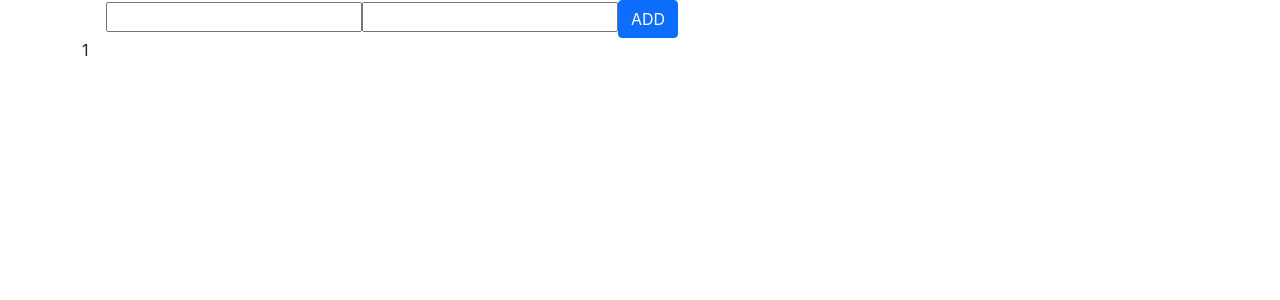
Repository: tsydikov/phone_book
Page: /
An editor plug-in stored every save of this project. The page is shown before and after a run of saves, followed by the edit.
The browser window is 1280 px wide. The pictures show the whole page.
The project was rebuilt for these pictures with package versions that can differ from the ones it lists, and the page was loaded fresh each time. Also part of the build but not shown: src/App.css.

Above is the page before, as saved 2021-10-07 19:07:49.

### public/index.html
<!DOCTYPE html>
<html lang="en">
  <head>
    <meta charset="utf-8" />
    <meta name="viewport" content="width=device-width, initial-scale=1" />
    <meta name="theme-color" content="#000000" />
    <link
      rel="stylesheet"
      href="https://cdn.jsdelivr.net/npm/bootstrap@5.1.1/dist/css/bootstrap.min.css"
      integrity="sha384-F3w7mX95PdgyTmZZMECAngseQB83DfGTowi0iMjiWaeVhAn4FJkqJByhZMI3AhiU"
      crossorigin="anonymous"
    />
    <title>Briz test</title>
  </head>
  <body>
    <noscript>You need to enable JavaScript to run this app.</noscript>
    <div id="root"></div>
  </body>
</html>

### src/index.js
import React from "react";
import ReactDOM from "react-dom";
import "./index.css";
import App from "./App";
import { createStore } from "redux";
import { Provider } from "react-redux";

const defaultState = {
  phoneBook: [
    { id: 1, name: "Max", phoneNamber: "063738233" },
    { id: 2, name: "Max", phoneNamber: "063738233" },
    { id: 3, name: "Max", phoneNamber: "063738233" },
  ],
};

const reducer = (state = defaultState, action) => {
  switch (action.type) {
    case "CREATE":
      return { ...state, state: state.phoneBook.push(action.payload) };
    case "DELETE":
      return {
        ...state,
        state: state.phoneBook.filter((phone) => phone.id !== action.payload && phone),
      };
    case "UPDATE":
      return state;
    default:
      return state;
  }
};

const store = createStore(reducer);

ReactDOM.render(
  <Provider store={store}>
    <App />
  </Provider>,
  document.getElementById("root")
);

### src/App.js
import React from "react";
import { Button, Col, Container, Row } from "react-bootstrap";
import { useDispatch, useSelector } from "react-redux";
import "./App.css";
import Form from "./components/Form";

function App() {
  const disatch = useDispatch();
  const phoneBook = useSelector((state) => state.phoneBook);
  console.log(phoneBook);
  return (
    <Container>
      <Row>
        <Col>
          <Form />
        </Col>
      </Row>
      <Row>
        <Col>
        1
        </Col>
      </Row>
    </Container>
  );
}

export default App;

### src/components/Form.jsx
import React from "react";
import { Button, Container } from "react-bootstrap";

const Form = () => {
  return (
    <Container>
      <input />
      <input />
      <Button>ADD</Button>
    </Container>
  );
};

export default Form;

### src/components/PhoneItem.jsx
import React from "react";
import { Col, Row } from "react-bootstrap";

const PhoneItem = ({phone}) => {
  return (
    <Container fluid="md">
      <Row>
        <Col>{phone.name}</Col>
        <Col>1 of 1</Col>
      </Row>
    </Container>
  );
};

export default PhoneItem;

### src/components/PhoneList.jsx
import React from 'react';
import { useSelector } from 'react-redux';
import PhoneItem from './PhoneItem';

const PhoneList = () => {
    const phoneBook = useSelector((state) => state.phoneBook);
    return (
        <div>
            {phoneBook.map(phone =>
                <PhoneItem key={phone.id} phone={phone} />
            )}

        </div>
    );
};

export default PhoneList;

Loaded but not shown: src/index.css (common file)

After the next 2 saves:
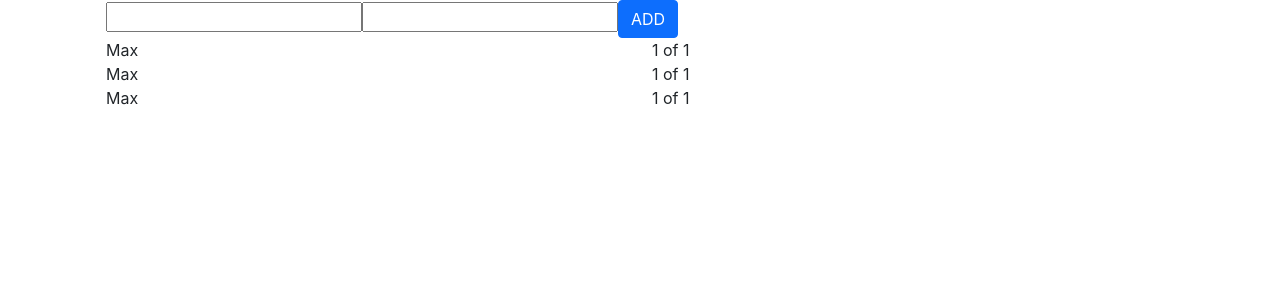
The 2 saves are shown as one change because 1 did not build or start.
The last was saved 35 s later.
--- a/src/App.js
+++ b/src/App.js
@@ -3,6 +3,7 @@ import { Button, Col, Container, Row } from "react-bootstrap";
 import { useDispatch, useSelector } from "react-redux";
 import "./App.css";
 import Form from "./components/Form";
+import PhoneList from "./components/PhoneList";
 
 function App() {
   const disatch = useDispatch();
@@ -17,7 +18,7 @@ function App() {
       </Row>
       <Row>
         <Col>
-        1
+          <PhoneList />
         </Col>
       </Row>
     </Container>
--- a/src/components/PhoneItem.jsx
+++ b/src/components/PhoneItem.jsx
@@ -1,5 +1,5 @@
 import React from "react";
-import { Col, Row } from "react-bootstrap";
+import { Col, Container, Row } from "react-bootstrap";
 
 const PhoneItem = ({phone}) => {
   return (
